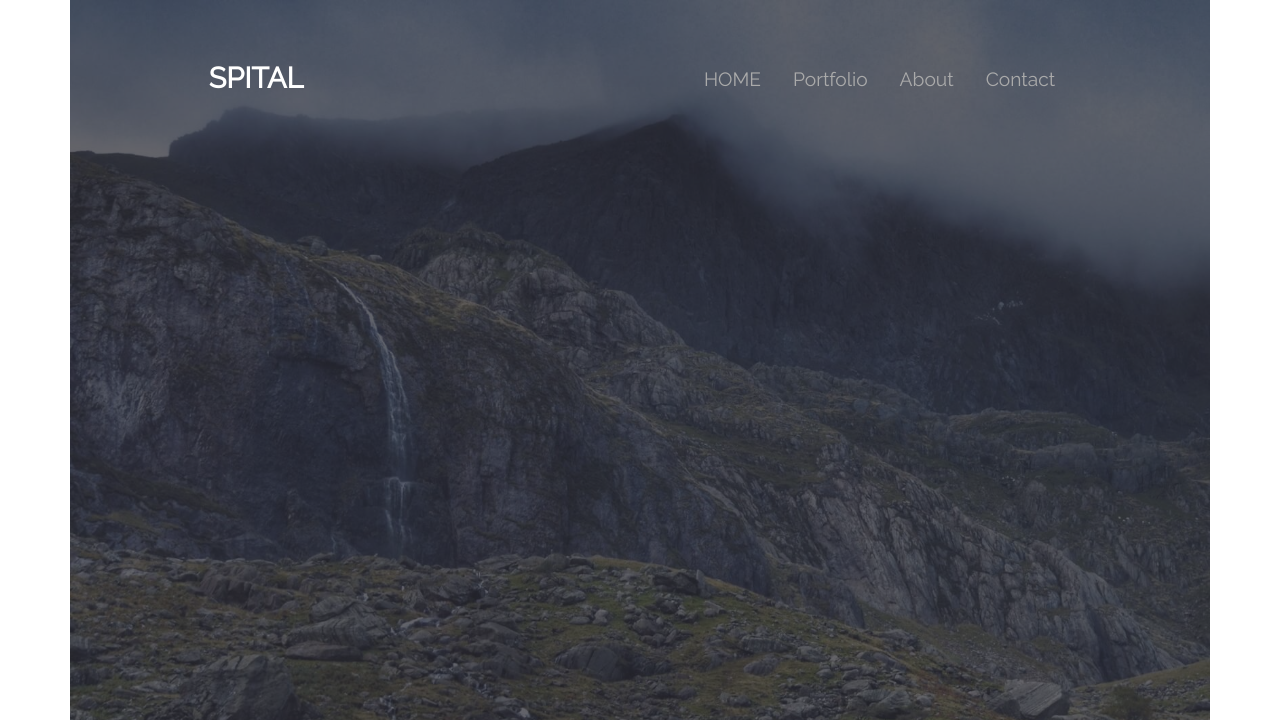
Repository: Mardoqueu/Bootstrap-4-Simple-Landing-Page
Page: index.html
These files come from the project's save history. The page is drawn as it stood at one moment and after the next save; the edit follows.
The browser window is 1280 px wide. The pictures show the whole page.

Above is the page before, as saved 2022-10-10 11:19:07.

### index.html
<!DOCTYPE html>
<html>
<head>
	<meta charset="utf-8">
	<meta name="viewreport" content="width=device-width, initial-scale=1.0">
	<title>
		html css and bootstrap 4 simple landing page
	</title>
	<link rel="stylesheet" type="text/css" href="https://stackpath.bootstrapcdn.com/bootstrap/4.3.1/css/bootstrap.min.css" />
	<link href="https://fonts.googleapis.com/css?family=Raleway&display=swap" rel="stylesheet" />
	<link rel="stylesheet" type="text/css" href="index.css" />
</head>
<body>
		<div class="container banner">
			<div class="row">
				<div class="col-md-12">
					<nav class="navbar">
					<div class="navbar-brand">
						SPITAL
					</div>
					<ul class="nav">
						<li class="nav-item">
							<a class="nav-link" href="#">HOME</a>
						</li>
						<li class="nav-item">
							<a class="nav-link" href="#">Portfolio</a>
						</li>
						<li class="nav-item">
							<a class="nav-link" href="#">About</a>
						</li>
						<li class="nav-item">
							<a class="nav-link" href="#">Contact</a>
						</li>
					</ul>
				</nav>
				</div>
			</div>
		</div>
</body>
</html>

### index.css
body{
	margin:0;
	padding:0;
	background:#fff;
	font-family: 'Raleway',sans-serif;
	color: #fff;
}
.banner{
	height: 100vh;
	width: 100%;
	background:url('/sources/overlay.png'),url('/sources/banner.jpg');
	background-position: top;
	background-size:cover;
	/*background-attachment: fixed;*/
	background-repeat: no-repeat;
}
.banner .navbar{
	margin-top:4%;
}
.banner .navbar-brand{
	color: #fff;
	font-size:1.8em;
	font-weight: 700;
	margin-left: 10%;
}
.banner .nav{
	margin-right:10%;
}
.banner .nav li a{
	color:#aaa;
	font-size: 1.2em;
}
.banner .info{
	margin-top:15%;
	transform: translateY(-15%);
}
.banner .info h1{
	font-size: 2.5em;
	font-weight: 700;
	color: #fff;
	letter-spacing: 2px;
}
.banner .info p{
	font-size: 2em;
	font-weight: 500;
	color: #aaa;
	letter-spacing: 2px;
}
.banner .info a{
	margin-left:50%;
	transform: translateX(-50%);
	color: #fff;
	background: #e91d43;
	padding:10px 20px;
	font-size: 2em;
	font-weight: 600;
}
.banner .info a:hover{
	background: #e91e63;
}

After the next save:
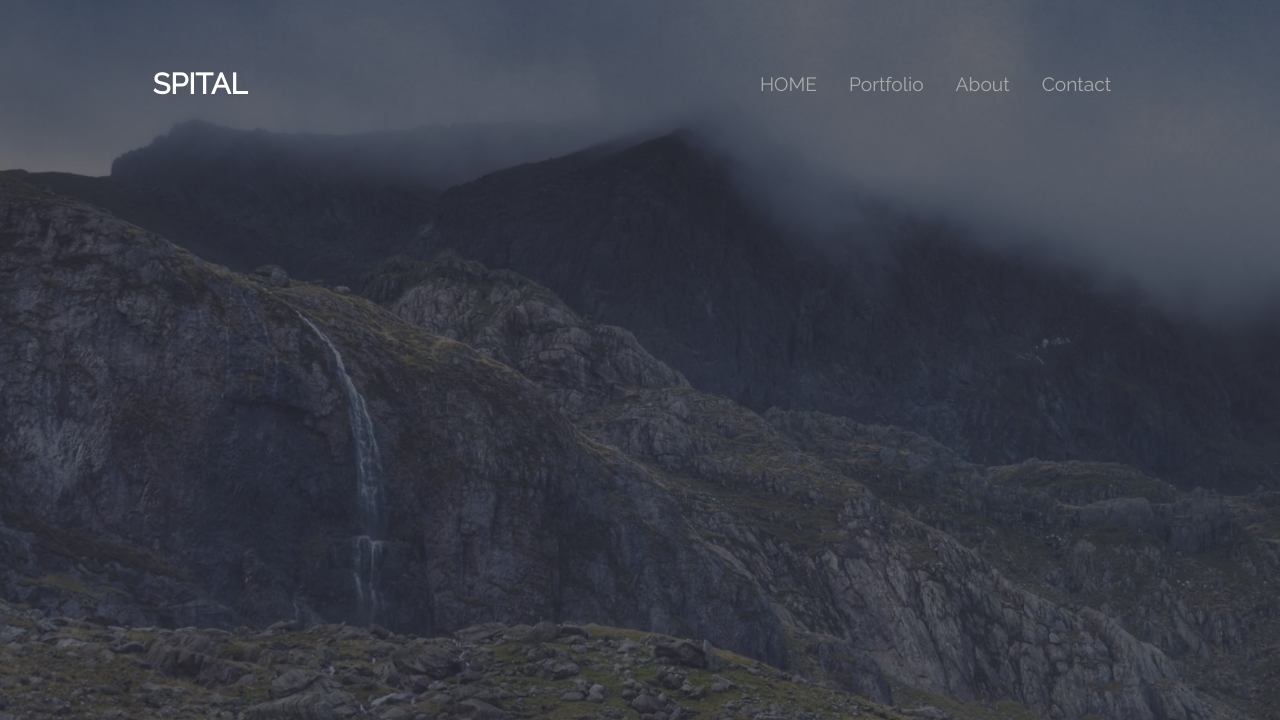
Saved 48 s later.
--- a/index.html
+++ b/index.html
@@ -11,7 +11,7 @@
 	<link rel="stylesheet" type="text/css" href="index.css" />
 </head>
 <body>
-		<div class="container banner">
+		<div class="container-fluid banner">
 			<div class="row">
 				<div class="col-md-12">
 					<nav class="navbar">
